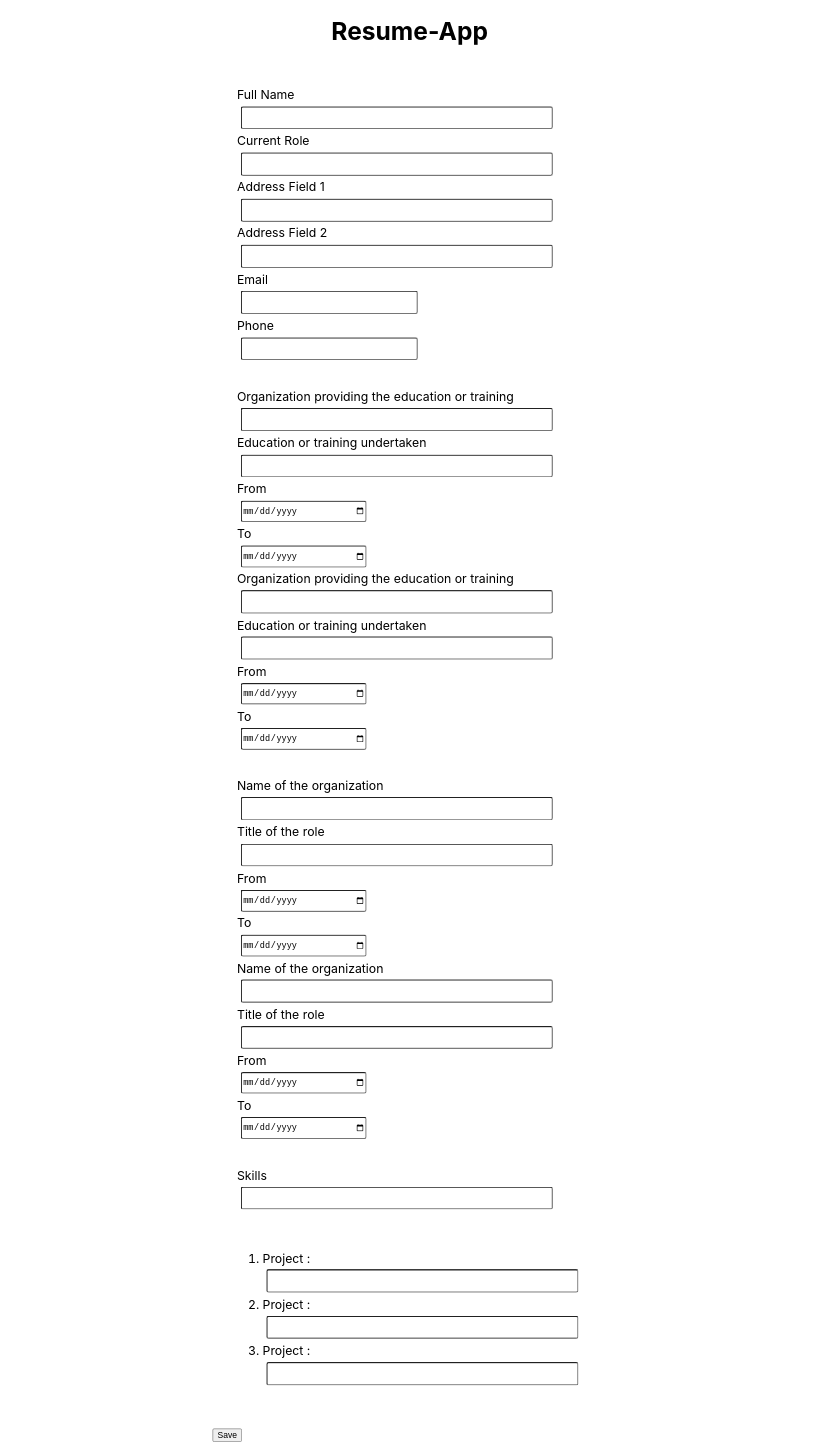
Repository: 0101chaitanya/resume-app
Page: /
These files come from the project's save history. The page is drawn as it stood at one moment and after the next save; the edit follows.
The browser window is 1280 px wide. The pictures show the whole page, at 64% of full size.
The project was rebuilt for these pictures with package versions that can differ from the ones it lists, and the page was loaded fresh each time.

Above is the page before, as saved 2021-07-28 15:46:03.

### src/App.js
import React, { useState, useEffect } from "react";
import logo from "./logo.svg";
import "./App.css";

function App() {
  const [state, setState] = useState({
    fullName: "",
    currentRole: "",
    address1: "",
    address2: "",

    schoolName1: "",
    titleOfStudy1: "",
    from1: "",
    to1: "",

    schoolName2: "",
    titleOfStudy2: "",
    from2: "",
    to2: "",

    organizationName1: "",
    titleOfRole1: "",
    workedFrom1: "",
    workedTill1: "",

    organizationName2: "",
    titleOfRole2: "",
    workedFrom2: "",
    workedTill2: "",

    skills: "",

    project1: "",
    project2: "",
    project3: "",
  });
  useEffect(() => {
    console.log(state);
  });
  const onChange = (e) => {
    const { name, value } = e.target;
    setState({
      ...state,
      [name]: value,
    });
  };
  const handleSubmit = (e) => {
    localStorage.setItem("savedData", JSON.stringify(state));
    setState({
      fullName: "",
      currentRole: "",
      address1: "",
      address2: "",

      schoolName1: "",
      titleOfStudy1: "",
      from1: "",
      to1: "",

      schoolName2: "",
      titleOfStudy2: "",
      from2: "",
      to2: "",

      organizationName1: "",
      titleOfRole1: "",
      workedFrom1: "",
      workedTill1: "",

      organizationName2: "",
      titleOfRole2: "",
      workedFrom2: "",
      workedTill2: "",

      skills: "",

      project1: "",
      project2: "",
      project3: "",
    });
    e.target.submit();
  };

  return (
    <div className="app">
      <header className="App-header">
        <h1>Resume-App</h1>
      </header>
      <form
        onSubmit={(e) => {
          e.preventDefault();
          handleSubmit(e);
        }}
      >
        <div className="section section1">
          <label htmlFor="fullName">
            Full Name
            <input
              required
              id="fullName"
              name="fullName"
              onChange={onChange}
              value={state.fullName}
              type="text"
            />
          </label>
          <label htmlFor="currentRole">
            Current Role
            <input
              required
              id="currentRole"
              name="currentRole"
              onChange={onChange}
              value={state.currentRole}
              type="text"
            />
          </label>
          <label htmlFor="address1">
            Address Field 1
            <input
              required
              id="address1"
              name="address1"
              onChange={onChange}
              value={state.address1}
              type="text"
            />
          </label>
          <label htmlFor="address2">
            Address Field 2
            <input
              required
              id="address2"
              name="address2"
              onChange={onChange}
              value={state.address2}
              type="text"
            />
          </label>
          <label htmlFor="email">
            Email
            <input
              required
              id="email"
              name="email"
              onChange={onChange}
              value={state.email}
              type="email"
            />
          </label>
          <label htmlFor="phone">
            Phone
            <input
              required
              id="phone"
              name="phone"
              onChange={onChange}
              value={state.phone}
              type="tel"
            />
          </label>
        </div>
        <div className="section section2">
          <div className="edu1">
            <label htmlFor="schoolName1">
              Organization providing the education or training
              <input
                required
                id="schoolName1"
                name="schoolName1"
                onChange={onChange}
                value={state.schoolName1}
                type="text"
              />
            </label>
            <label htmlFor="titleOfStudy1">
              Education or training undertaken
              <input
                required
                id="titleOfStudy1"
                name="titleOfStudy1"
                onChange={onChange}
                value={state.titleOfStudy1}
                type="text"
              />
            </label>
            <label htmlFor="from1">
              From
              <input
                required
                id="from1"
                name="from1"
                onChange={onChange}
                value={state.from1}
                type="date"
              />
            </label>
            <label htmlFor="to1">
              To
              <input
                required
                id="to1"
                name="to1"
                onChange={onChange}
                value={state.to1}
                type="date"
              />
            </label>
          </div>
          <div className="edu2">
            <label htmlFor="schoolName2">
              Organization providing the education or training
              <input
                required
                id="schoolName2"
                name="schoolName2"
                onChange={onChange}
                value={state.schoolName2}
                type="text"
              />
            </label>
            <label htmlFor="titleOfStudy2">
              Education or training undertaken
              <input
                required
                id="titleOfStudy2"
                name="titleOfStudy2"
                onChange={onChange}
                value={state.titleOfStudy2}
                type="text"
              />
            </label>
            <label htmlFor="from2">
              From
              <input
                required
                id="from2"
                name="from2"
                onChange={onChange}
                value={state.from2}
                type="date"
              />
            </label>
            <label htmlFor="to2">
              To
              <input
                required
                id="to2"
                name="to2"
                onChange={onChange}
                value={state.to2}
                type="date"
              />
            </label>
          </div>
        </div>
        <div className="section section3">
          <div className="job1">
            <label htmlFor="organizationName1">
              Name of the organization
              <input
                required
                id="organizationName1"
                name="organizationName1"
                onChange={onChange}
                value={state.organizationName1}
                type="text"
              />
            </label>
            <label htmlFor="titleOfRole1">
              Title of the role
              <input
                required
                id="titleOfRole1"
                name="titleOfRole1"
                onChange={onChange}
                value={state.titleOfRole1}
                type="text"
              />
            </label>
            <label htmlFor="workedFrom1">
              From
              <input
                required
                id="workedFrom1"
                name="workedFrom1"
                onChange={onChange}
                value={state.workedFrom1}
                type="date"
              />
            </label>
            <label htmlFor="workedTill1">
              To
              <input
                required
                id="workedTill1"
                name="workedTill1"
                onChange={onChange}
                value={state.workedTill1}
                type="date"
              />
            </label>
          </div>
          <div className="job2">
            <label htmlFor="organizationName2">
              Name of the organization
              <input
                id="organizationName2"
                name="organizationName2"
                onChange={onChange}
                value={state.organizationName2}
                type="text"
              />
            </label>
            <label htmlFor="titleOfRole2">
              Title of the role
              <input
                id="titleOfRole2"
                name="titleOfRole2"
                onChange={onChange}
                value={state.titleOfRole2}
                type="text"
              />
            </label>
            <label htmlFor="workedFrom2">
              From
              <input
                id="workedFrom2"
                name="workedFrom2"
                onChange={onChange}
                value={state.workedFrom2}
                type="date"
              />
            </label>
            <label htmlFor="workedTill2">
              To
              <input
                id="workedTill2"
                name="workedTill2"
                onChange={onChange}
                value={state.workedTill2}
                type="date"
              />
            </label>
          </div>
        </div>
        <div className="section section4">
          <label htmlFor="skills">
            Skills
            <input
              required
              id="skills"
              name="skills"
              onChange={onChange}
              value={state.skills}
              type="text"
            />
          </label>
        </div>
        <div className="section section5">
          <ol>
            <li>
              <label htmlFor="project1">
                Project :{" "}
                <input
                  required
                  id="project1"
                  name="project1"
                  onChange={onChange}
                  value={state.project1}
                  type="text"
                />
              </label>
            </li>
            <li>
              <label htmlFor="project2">
                Project :{" "}
                <input
                  required
                  id="project2"
                  name="project2"
                  onChange={onChange}
                  value={state.project2}
                  type="text"
                />
              </label>
            </li>
            <li>
              <label htmlFor="project3">
                Project :{" "}
                <input
                  id="project3"
                  name="project3"
                  onChange={onChange}
                  value={state.project3}
                  type="text"
                />
              </label>
            </li>
          </ol>
        </div>
        <button type="submit">Save</button>
      </form>
    </div>
  );
}

export default App;

### src/App.css
html {
  font-size: 1.2rem;
}
input {
  border-radius: 0.2rem;
  height: 1.6rem;
}
.app {
  margin: auto;
  display: flex;
  flex-direction: column;
  align-items: center;
}

h1 {
  text-align: center;
}
label {
  display: flex;
  flex-direction: column;
}
input[type="text"] {
  width: 25rem;
  margin: 0.3rem;
}
input[type="email"],
input[type="tel"] {
  width: 14rem;

  margin: 0.3rem;
}

input[type="date"] {
  width: 10rem;

  margin: 0.3rem;
}
.section {
  margin: 2rem;
  display: flex;
  flex-direction: column;
  justify-content: center;
}
.section1,
.section2,
.section3,
.section4,
.section5 {
}

Loaded but not shown: public/index.html (common file); src/index.js (common file); src/index.css (common file); src/reportWebVitals.js (common file)

After the next save:
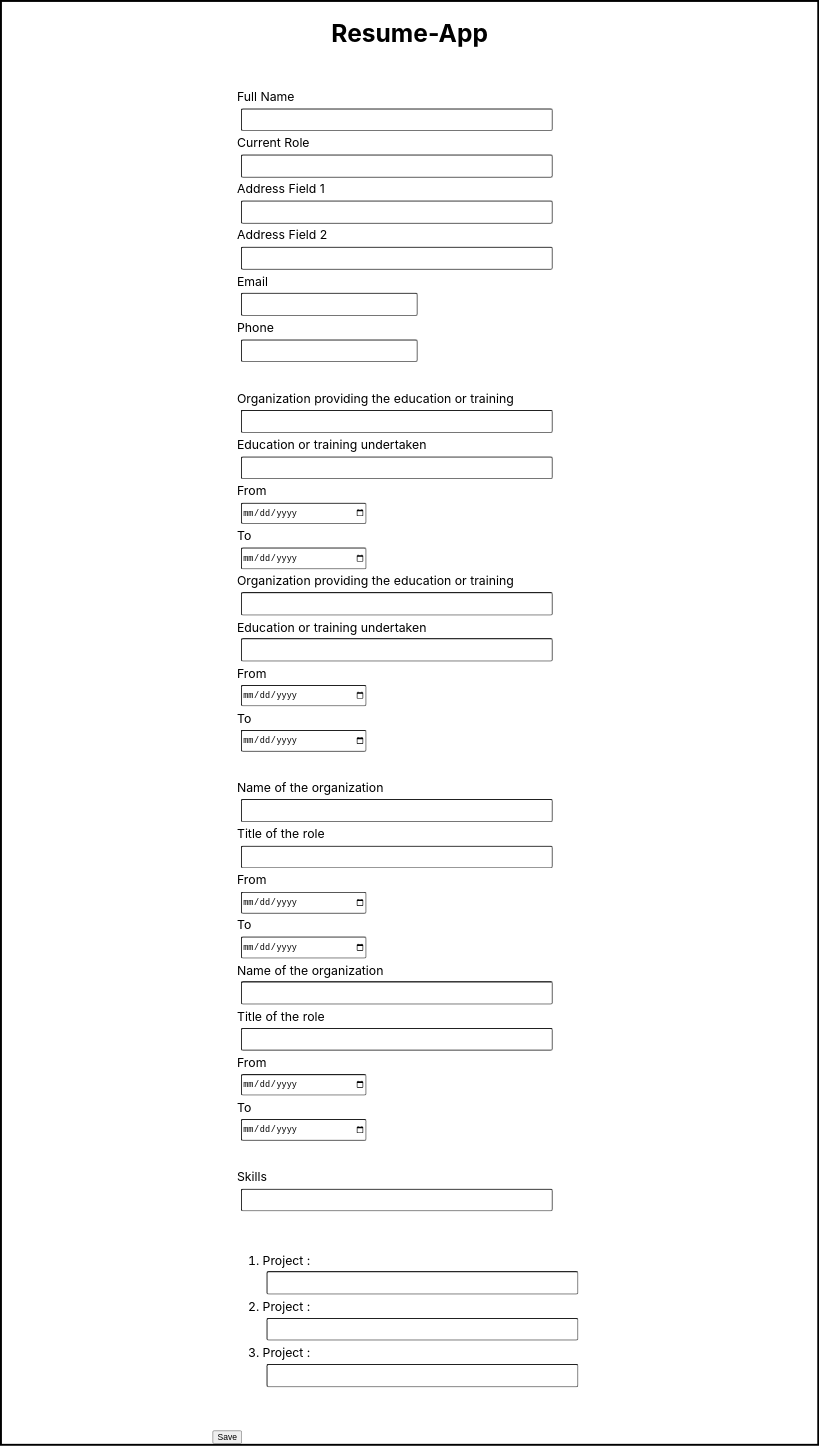
Saved 27 s later.
--- a/src/App.css
+++ b/src/App.css
@@ -10,6 +10,7 @@ input {
   display: flex;
   flex-direction: column;
   align-items: center;
+  border: 0.2rem solid;
 }
 
 h1 {
